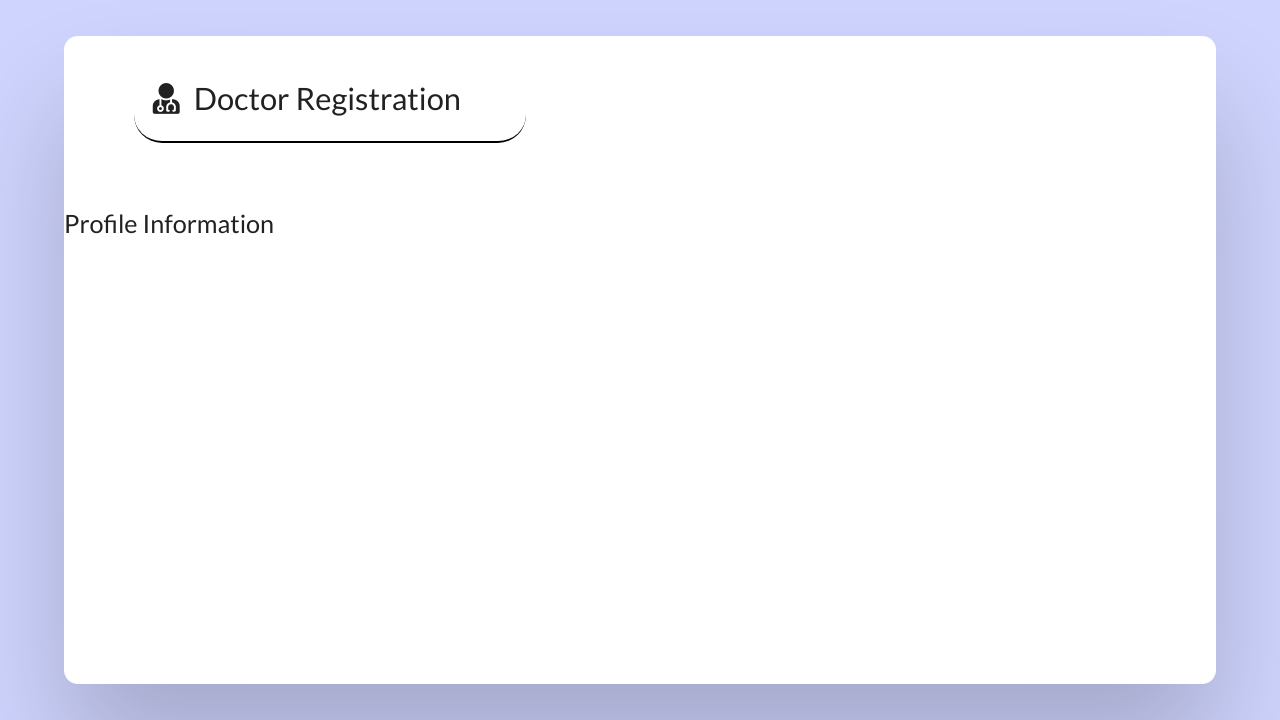
Repository: ajayaj2001/healthcare-digitization
Page: /doctorRegister
These files come from the project's save history. The page is drawn as it stood at one moment and after a run of saves; the edit follows.
The browser window is 1280 px wide. The pictures show the whole page.
The project was rebuilt for these pictures with package versions that can differ from the ones it lists, and the page was loaded fresh each time. Also part of the build but not shown: src/component/userType/UserType.scss, src/component/userType/UserType.js, src/component/login/Login.scss, src/component/login/loginForm/LoginForm.scss, src/component/login/loginForm/LoginForm.js, src/component/login/Login.js, src/component/register/Register.scss, src/component/register/registerForm/RegisterForm.scss and 2 more.

Above is the page before, as saved 2021-03-13 11:26:24.

### public/index.html
<!DOCTYPE html>
<html lang="en">

<head>
  <meta charset="utf-8" />
  <meta name="viewport" content="width=device-width, initial-scale=1" />
  <meta name="theme-color" content="#000000" />
  <meta name="description" content="Web site created using create-react-app" />
  <link rel="stylesheet" href="https://fonts.googleapis.com/css?family=Roboto:300,400,500,700&display=swap" />
  <link rel="stylesheet" href="https://fonts.googleapis.com/icon?family=Material+Icons" />

  <!--
      manifest.json provides metadata used when your web app is installed on a
      user's mobile device or desktop. See https://developers.google.com/web/fundamentals/web-app-manifest/
    -->
  <!-- <link rel="manifest" href="%PUBLIC_URL%/manifest.json" /> -->
  <!--
      Notice the use of %PUBLIC_URL% in the tags above.
      It will be replaced with the URL of the `public` folder during the build.
      Only files inside the `public` folder can be referenced from the HTML.

      Unlike "/favicon.ico" or "favicon.ico", "%PUBLIC_URL%/favicon.ico" will
      work correctly both with client-side routing and a non-root public URL.
      Learn how to configure a non-root public URL by running `npm run build`.
    -->
  <title>medical</title>
</head>

<body>
  <noscript>You need to enable JavaScript to run this app.</noscript>
  <div id="root"></div>
  <!--
      This HTML file is a template.
      If you open it directly in the browser, you will see an empty page.

      You can add webfonts, meta tags, or analytics to this file.
      The build step will place the bundled scripts into the <body> tag.

      To begin the development, run `npm start` or `yarn start`.
      To create a production bundle, use `npm run build` or `yarn build`.
    -->
</body>

</html>

### src/index.js
import React from 'react';
import ReactDOM from 'react-dom';
import './index.scss';
import App from './component/app/App';
import 'semantic-ui-css/semantic.min.css'


ReactDOM.render(
  // <React.StrictMode>
    <App />
  // </React.StrictMode>
  ,
  document.getElementById('root')
);

### src/index.scss
code {
  font-family: source-code-pro, Menlo, Monaco, Consolas, "Courier New", monospace;
}
@mixin respond($breakpoint) {
  @if $breakpoint == phone {
    @media (max-width: 37.5em) {
      @content;
    }
  }

  @if $breakpoint == tab-land {
    @media (max-width: 75em) {
      @content;
    }
  }
  @if $breakpoint == tab-port {
    @media (max-width: 56.25em) {
      @content;
    }
  }
  @if $breakpoint == big-desktop {
    @media (min-width: 112.5em) {
      @content;
    }
  }
}

*,
*::after,
*::before {
  margin: 0;
  padding: 0;
  box-sizing: inherit;
}
body {
  font-family: "Lato", sans-serif;
  font-weight: 400;
  font-size: 16px;
  line-height: 1.7;
  color: #777;
  //padding: 30px;
  box-sizing: border-box;
  @include respond(tab-port) {
    padding: 0;
  }
}

html {
  font-size: 62.5%; //1rem=10px 10px/16px=62.5%
  @include respond(tab-land) {
    //width <1200
    font-size: 56.25%; //1rem=9px
  }
  @include respond(tab-port) {
    //<width <900
    font-size: 50%; //1rem=8px
  }
  // @include respond(phone) {
  //     //<width<600
  //     font-size: 40%; //1rem=4.8px
  // }
  @include respond(big-desktop) {
    //>1200
    font-size: 75%; //1rem=12
  }
}

### src/component/app/App.js
import './App.scss';

import UserType from "../userType/UserType";
import Login from '../login/Login';
import Register from '../register/Register';
import { BrowserRouter as Router,Route,Switch } from 'react-router-dom';
import DoctorRegister from '../doctorRegister/DoctorRegister';

function App() {
  return (
    <Router>
       <Switch>
          <Route path="/login">
           <Login/>
          </Route>
          <Route path="/register">
           <Register/>
          </Route>
          <Route path="/doctorRegister">
            <DoctorRegister/>
          </Route>
          <Route path="/">
            <UserType/>
          </Route>

        </Switch>
    {/* <div className="App">
    </div> */}
    </Router>
  );
}

export default App;

### src/component/doctorRegister/DoctorRegister.js
import React from 'react'
import './DoctorRegister.scss'
import DoctorRegisterForm from './doctorRegisterForm/DoctorRegisterForm'
import {  Icon } from 'semantic-ui-react'

const DoctorRegister = () => {
    return (
        <div className="doctorRegister__container">
            <div className="doctorRegister__main">
                <div className="doctorRegister__heading"><Icon name="user doctor"/> Doctor Registration</div>
                <DoctorRegisterForm/>
            </div>
        </div>
    )
}

export default DoctorRegister

### src/component/doctorRegister/DoctorRegister.scss
.doctorRegister{
    &__container{
        margin: 0;
        background-color: #cfd4fe;
        height: 100vh;
        display: flex;
        justify-content: center;
        align-items: center;
    }
    &__main{
        background-color: white;
        width: 90%;
        height: 90%;
        border-radius: 1rem;
        align-items: center;
        overflow: hidden;
        box-shadow: 0 5rem 8rem rgba(black, 0.2);
    }
   &__heading{
       font-size: 2.2rem;
       margin: 1.5rem 0rem 5rem 5rem;
       padding-left: 1rem;
       line-height: 6rem;
       border-bottom: .2rem solid black;
       width: 28rem;
       border-radius: 2rem;

   }
}

### src/component/doctorRegister/doctorRegisterForm/DoctorRegisterForm.js
import React from 'react'
import './DoctorRegisterForm.scss'
const DoctorRegisterForm = () => {
    return (
        <div className="doctorRegisterForm">
            <div className="doctorRegisterForm__heading">Profile Information</div>
        </div>
    )
}

export default DoctorRegisterForm

### src/component/doctorRegister/doctorRegisterForm/DoctorRegisterForm.scss
.doctorRegisterForm{
    &__heading{
        font-size: 1.8rem;
    }
}

Loaded but not shown: src/component/app/App.scss (no stored copy; drawn as an empty file)

After the next 3 saves:
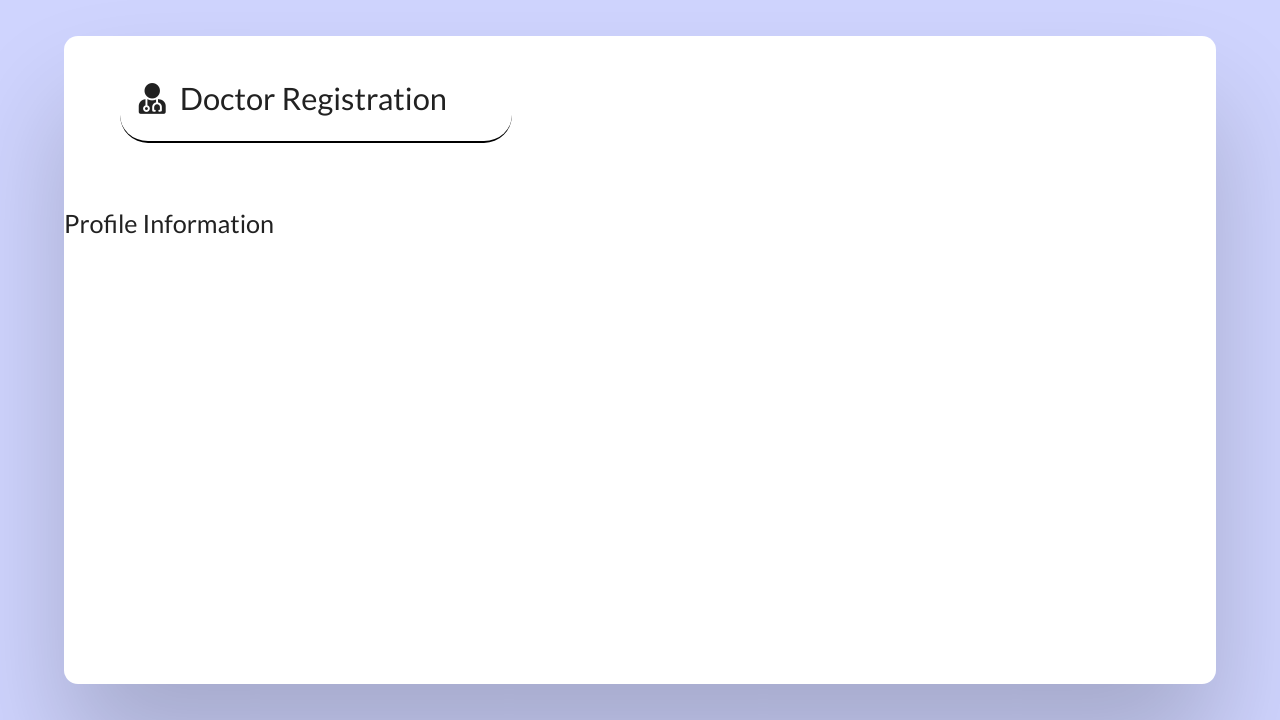
The 3 saves are shown as one change because they came seconds apart.
The last was saved 12 s later.
--- a/src/component/doctorRegister/DoctorRegister.scss
+++ b/src/component/doctorRegister/DoctorRegister.scss
@@ -18,7 +18,7 @@
     }
    &__heading{
        font-size: 2.2rem;
-       margin: 1.5rem 0rem 5rem 5rem;
+       margin: 1.5rem 0rem 5rem 4rem;
        padding-left: 1rem;
        line-height: 6rem;
        border-bottom: .2rem solid black;
